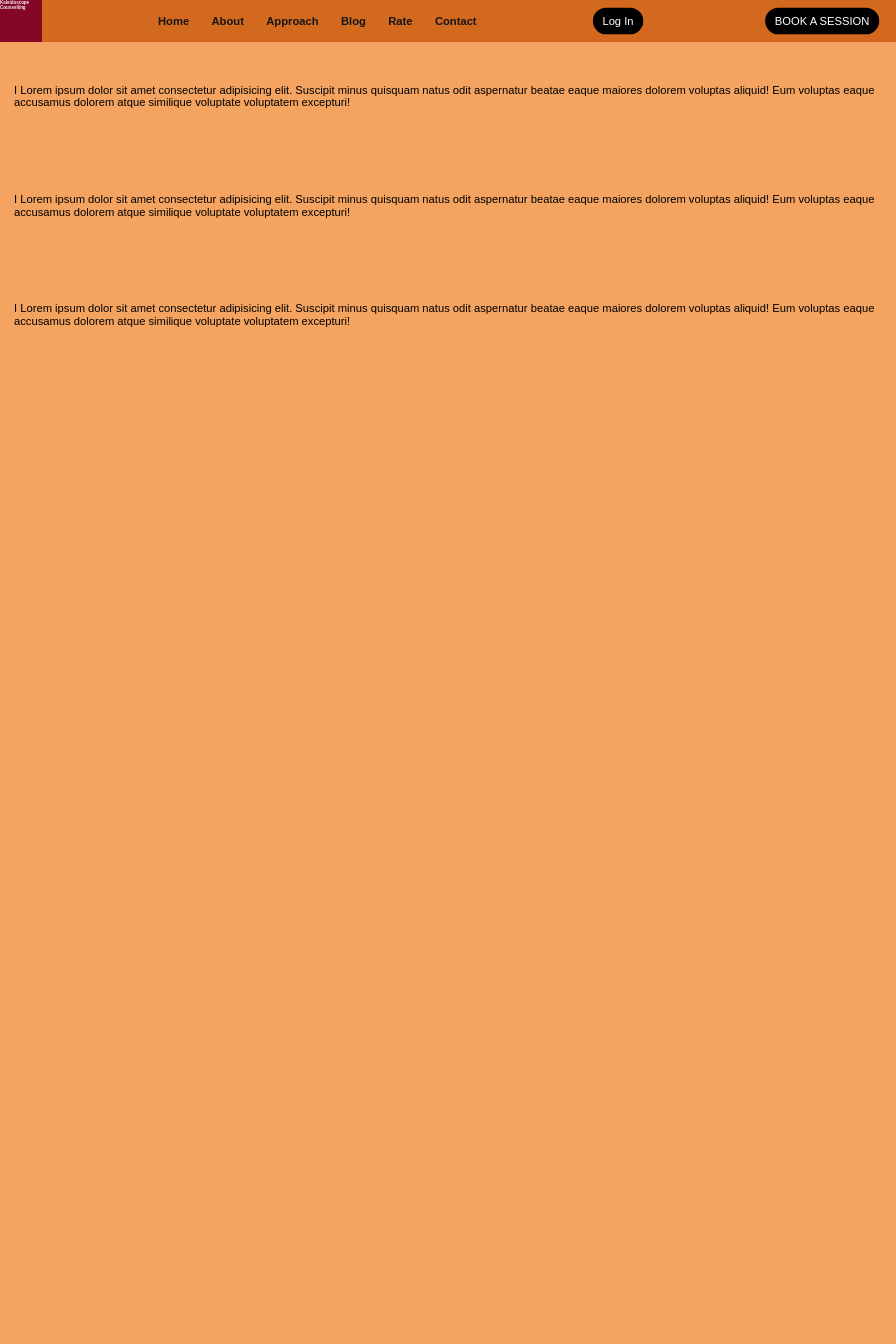
Repository: voutadi/Project1
Page: index.html
The author's editor kept a copy of each file at every save. The page is drawn from the files as they stood at one save, then again after a run of saves.
The browser window is 1280 px wide. The pictures show the part of the page from y = 0 to 1920 px (the page is 3120 px tall), at 70% of full size.

Above is the page before, as saved 2024-11-24 21:16:53.

### index.html
<!DOCTYPE html>
<html lang="en">
  <head>
    <meta charset="UTF-8" />
    <meta name="viewport" content="width=device-width, initial-scale=1.0" />
    <link rel="stylesheet" href="styles/style.css" />

    <title>Kaleidoscope Counselling</title>
  </head>
  <body>
    <header class="flex">
      <div class="logo-container">
        <div class="logo">
          Kaleidoscope <br />
          Counselling
        </div>
      </div>
      <nav class="navbar">
        <ul>
          <li><a href="#home">Home</a></li>
          <li>
            <a
              href="https://www.psychologytoday.com/ca/therapists/ava-outadi-port-moody-bc/1111563"
              target="_blank"
              >About</a
            >
          </li>
          <li><a href="#approach">Approach</a></li>
          <li><a href="#blog">Blog</a></li>
          <li><a href="#rate">Rate</a></li>
          <li><a href="#contact">Contact</a></li>
        </ul>
      </nav>
      <button class="login">
        Log In
      </button>

      <button>BOOK A SESSION</button>
    </header>

    <p>
      I Lorem ipsum dolor sit amet consectetur adipisicing elit. Suscipit minus
      quisquam natus odit aspernatur beatae eaque maiores dolorem voluptas
      aliquid! Eum voluptas eaque accusamus dolorem atque similique voluptate
      voluptatem excepturi!
    </p>
    <p>
      I Lorem ipsum dolor sit amet consectetur adipisicing elit. Suscipit minus
      quisquam natus odit aspernatur beatae eaque maiores dolorem voluptas
      aliquid! Eum voluptas eaque accusamus dolorem atque similique voluptate
      voluptatem excepturi!
    </p>
    <p>
      I Lorem ipsum dolor sit amet consectetur adipisicing elit. Suscipit minus
      quisquam natus odit aspernatur beatae eaque maiores dolorem voluptas
      aliquid! Eum voluptas eaque accusamus dolorem atque similique voluptate
      voluptatem excepturi!
    </p>
  </body>
</html>

### styles/style.css
* {
  margin: 0;
  padding: 0;
  box-sizing: border-box;
}
body {
  background-color: rgb(244,164,96);
  height: 3000px;
  font-family: Arial, Helvetica, sans-serif;
  font-size: 1rem;
}
header {
  max-width: 100%; /*Make sure Take all of her parent element(body)on all different devices .*/
  height: 60px;
  position: fixed;
  top: 0;
  left: 0;
  right: 0;
  background-color: rgb(210,105,30);
  display: flex;
  justify-content: space-between;
  align-items: center;

  box-shadow: 0 2px 4px rgba(243, 172, 172, 0.15); /* Adds a subtle shadow for depth, optional */
}
.logo-container {
  width: 60px;; /* Put condition for smaller or biger divice*/
  background-color: rgb(134, 6, 38);
  height: 60px;
}
.logo {
  color: rgb(239, 236, 243);
  font-size: 0.4rem;
  font-weight: bold;
}

.navbar ul {
  display: flex;
  flex: 1;
  justify-content: center;
  list-style-type: none;
  flex-wrap: wrap;
}
.navbar li {
  margin: 1rem;
}
.navbar a {
  font-size: 1rem;
  color: rgb(23, 22, 22);
  font-weight: 700;

  text-decoration: none;
}
.navbar a:hover {
  background-color: rgb(184, 175, 175);
  padding: 5px 10px;
  border-radius: 16px;
  transition: 0.15s;
}

.navbar a:active {
  background-color: rgb(166, 162, 162);
  padding: 10px 10px;
  border-radius: 16px;
  transition: 0.15s;

}

button {
  background-color: black;
  color: white;

  font-size: 1rem;
  padding: 8px 12px;
  margin-right: 1.5rem;
  border-width: 2px;
  border-style: solid;
  border-radius: 20px;
  cursor: pointer;
}
button:hover {
  background-color: white;
  color: black;
  transition: 0.15s;
  padding: 12px 18px;
}
button:active {
  padding: 18px 24px;
}
p {
  margin-top: 120px;
  margin-left: 20px;
}
@media (max-width: 380px) {
  body {
    font-size: 0.4rem;/* Smaller font size */

  }
  button {
    font-size: 0.4rem;
    padding: 2px;
    margin-right: 0.4rem;
    border-radius: 8px;
  }
  button:hover {
    font-size: 0.4rem;
    padding: 2px;
  }
  button:active {
    padding: 3px;
  }
  .navbar li {
    margin: 0.2rem;
  }
  .navbar a {
    font-size: 0.5rem;
    margin: 0.2rem ;
  }
}


@media (max-width: 600px) {
  body {
    font-size: 0.5rem;
  } /* Smaller font size */
  button {
    font-size: 0.5rem;
    padding: 2px 4px;
    margin-right: 0.5rem;
    border-radius: 10px;
  }
  button:hover {
    font-size: 0.5rem;
    padding: 2px;
  }
  button:active {
    padding: 3px;
  }
  .navbar li {
    margin: 0.3rem;
  }
  .navbar a {
    font-size: 0.6rem;
  }
}
@media (min-width: 601px) and (max-width: 900px) {
  body {
    font-size: 0.75rem;
  } /* Smaller font size */
  button {
    font-size: 0.75rem;
    padding: 2px 4px;
    margin-right: 0.75rem;
    border-radius: 10px;
  }
  button:hover {
    font-size: 0.75rem;
    padding: 2px;
  }
  button:active {
    padding: 3px;
  }
  .navbar li {
    margin: 0.5rem;
  }
  .navbar a {
    font-size: 0.8rem;
  }
}

After the next 2 saves:
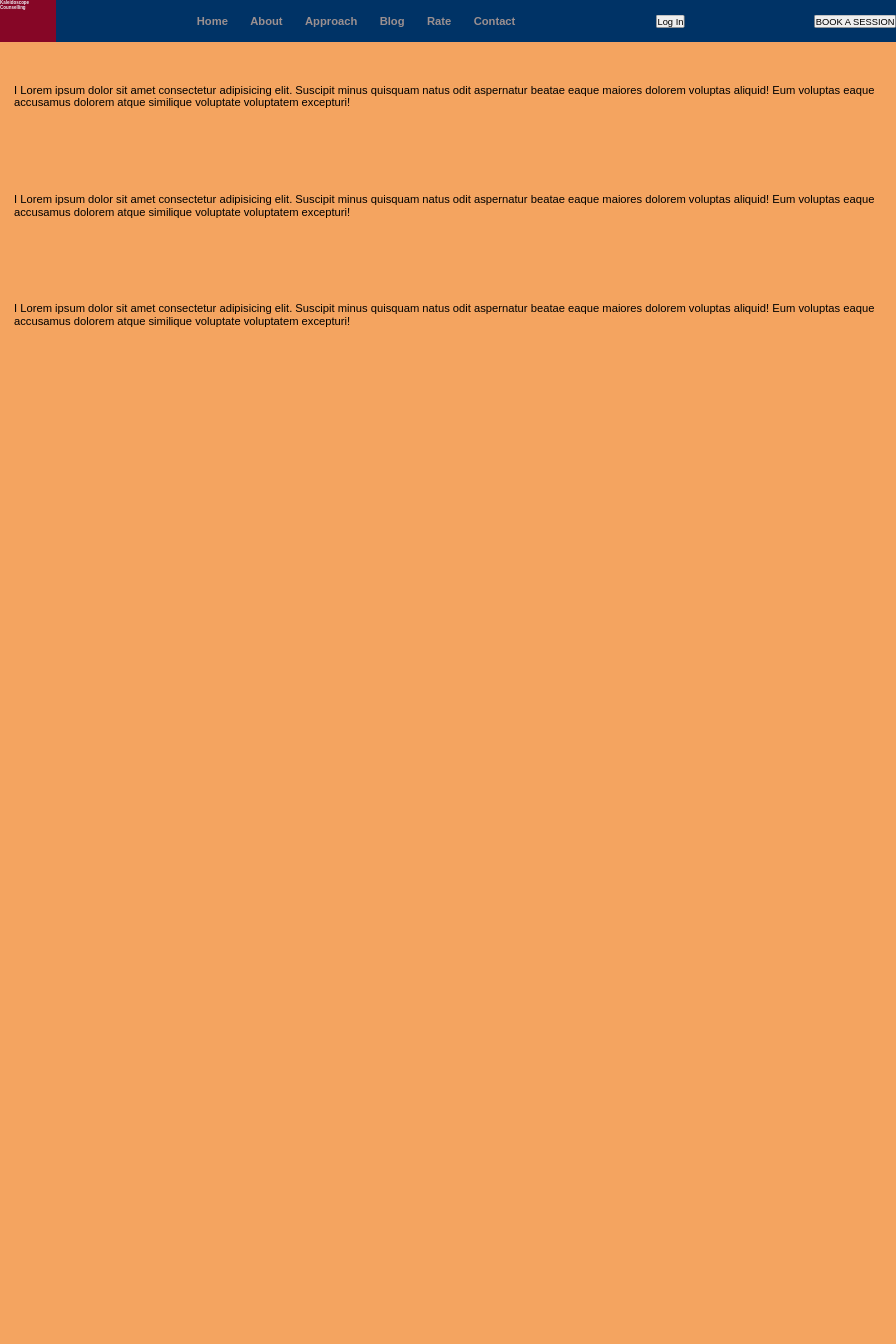
The 2 saves are shown as one change because they came seconds apart.
The last was saved 63 s later.
--- a/styles/style.css
+++ b/styles/style.css
@@ -12,11 +12,12 @@ body {
 header {
   max-width: 100%; /*Make sure Take all of her parent element(body)on all different devices .*/
   height: 60px;
+;
   position: fixed;
   top: 0;
   left: 0;
   right: 0;
-  background-color: rgb(210,105,30);
+  background-color: #003366;
   display: flex;
   justify-content: space-between;
   align-items: center;
@@ -24,7 +25,7 @@ header {
   box-shadow: 0 2px 4px rgba(243, 172, 172, 0.15); /* Adds a subtle shadow for depth, optional */
 }
 .logo-container {
-  width: 60px;; /* Put condition for smaller or biger divice*/
+  width: 80px;; /* Put condition for smaller or biger divice*/
   background-color: rgb(134, 6, 38);
   height: 60px;
 }
@@ -46,7 +47,7 @@ header {
 }
 .navbar a {
   font-size: 1rem;
-  color: rgb(23, 22, 22);
+  color: rgb(155, 144, 144);
   font-weight: 700;
 
   text-decoration: none;
@@ -66,6 +67,7 @@ header {
 
 }
 
+.
 button {
   background-color: black;
   color: white;
